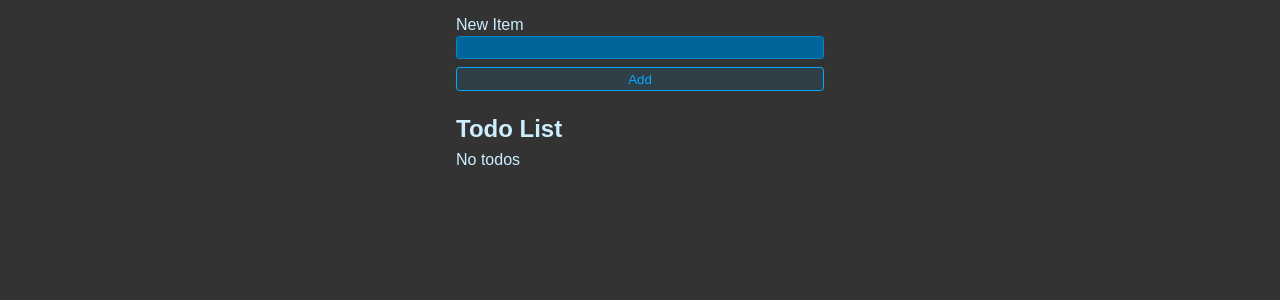
Repository: mix060514/react-bilibili-tutorial
Page: /
The author's editor kept a copy of each file at every save. The page is drawn from the files as they stood at one save, then again after the next save.
The browser window is 1280 px wide. The pictures show the whole page.
The project was rebuilt for these pictures with package versions that can differ from the ones it lists, and the page was loaded fresh each time. Also part of the build but not shown: vite.config.js, src/TodoItem.jsx.

Above is the page before, as saved 2023-12-03 23:08:15.

After the next save:
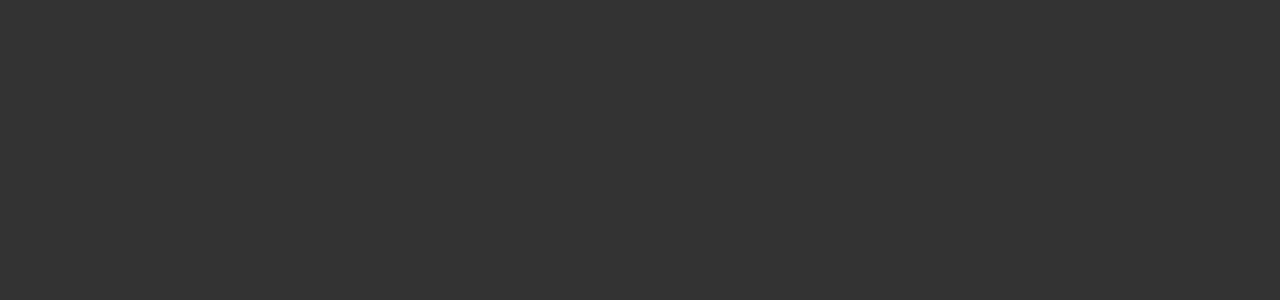
Console error: ReferenceError: useEffect is not defined
Saved 44 s later.
--- a/src/App.jsx
+++ b/src/App.jsx
@@ -6,6 +6,8 @@
 
 export default function App() {
   const [todos, setTodos] = useState([]);
+
+  useEffect(() => {}, [])
 
   function addTodos(title) {
     setTodos((current) => [...current, { id: crypto.randomUUID(), title, completed: false }]);

After the 2 saves that followed:
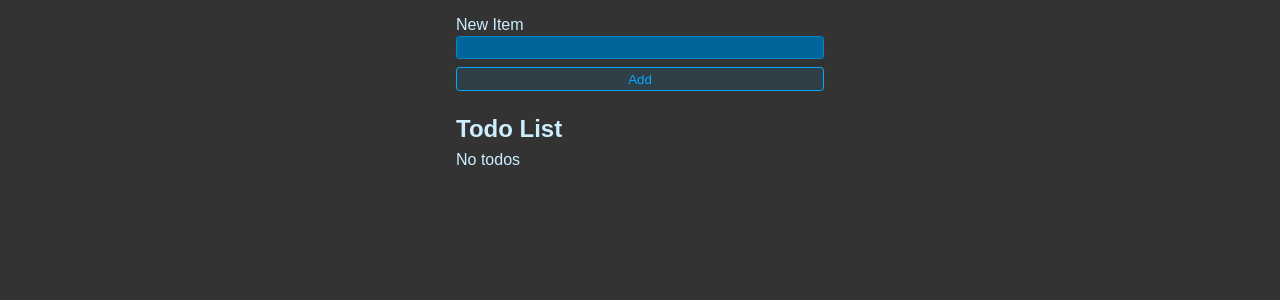
The error is gone.
The 2 saves are shown as one change because 1 left the picture as it was.
The last was saved 81 s later.
--- a/src/App.jsx
+++ b/src/App.jsx
@@ -1,4 +1,4 @@
-import { useState } from "react"
+import { useState, useEffect } from "react"
 import "./styles.css"
 import NewTodoForm from "./NewTodoForm";
 import TodoList from "./TodoList";
@@ -7,7 +7,9 @@
 export default function App() {
   const [todos, setTodos] = useState([]);
 
-  useEffect(() => {}, [])
+  useEffect(() => {
+    localStorage.setItem("ITEM", JSON.stringify(todos));
+  }, [todos])
 
   function addTodos(title) {
     setTodos((current) => [...current, { id: crypto.randomUUID(), title, completed: false }]);
